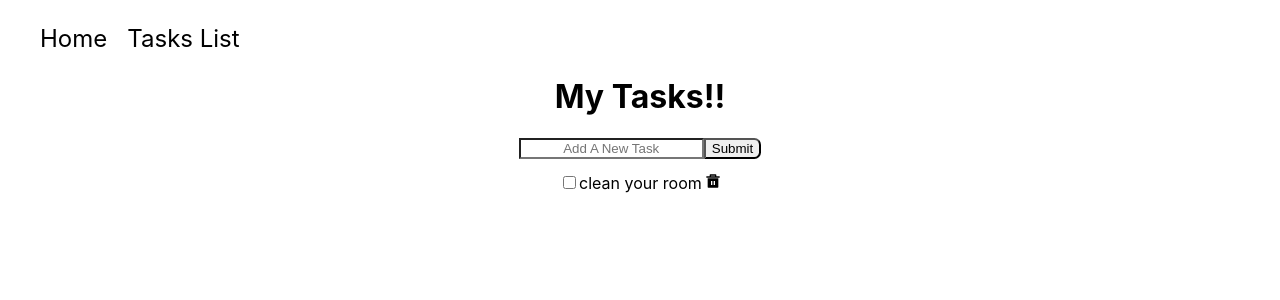
Repository: runner855/abstract_todolist
Page: /
An editor plug-in stored every save of this project. The page is shown before and after the next save, followed by the edit.
The browser window is 1280 px wide. The pictures show the whole page.
The project was rebuilt for these pictures with package versions that can differ from the ones it lists, and the page was loaded fresh each time.

Above is the page before, as saved 2022-11-09 16:31:23.

### src/App.tsx
import React, { useState } from "react";
import { Header } from "./Header";
import { RiDeleteBin5Fill } from "react-icons/ri";
import "./App.css";

export const App = () => {
  const todos = [
    {
      id: 0,
      done: false,
      task: "clean your room",
    },
  ];

  type TodosProps = {
    id: number;
    done: boolean;
    task: string;
  };

  const [value, setValue] = useState<string>("");
  // const [list, setList] = useState<string[]>([]);
  const [tasks, setTasks] = useState<TodosProps[]>(todos);

  console.log(tasks);

  const removeTask = tasks.filter((id) => id);

  return (
    <div className="App">
      <Header />
      <h1>My Tasks!!</h1>
      <div className="textbox">
        <input
          type="text"
          placeholder="Add A New Task"
          onChange={(e) => setValue(e.target.value)}
          value={value}
        ></input>

        {
          <button
            className="addtask"
            onClick={() => {
              setTasks([
                ...tasks,
                { id: tasks.length + 1, task: value, done: false },
              ]);
              setValue("");
            }}
          >
            Submit
          </button>
        }

        <div className="todo-container">
          {tasks.map((item, index) => {
            return (
              <div className={`single-task `} key={`${item.task}-${index}`}>
                <input
                  type="checkbox"
                  checked={item.done}
                  onChange={() => setTasks([{ ...item, done: !item.done }])}
                />
                {item.task}

                <a className="delete">
                  <RiDeleteBin5Fill onClick={() => removeTask} />
                </a>
              </div>
            );
          })}
        </div>
      </div>
    </div>
  );
};

### src/Header.tsx
import * as React from "react";
import "./Header.css";

export const Header = () => {
  return (
    <div className="home">
      <ul>
        <li>Home</li>
        <li>Tasks List</li>
      </ul>
    </div>
  );
};

### src/App.css
h1{
  text-align: center;
}

input {
  text-align: center;
  border-radius: 0em;
  margin-bottom: 1em;
}

.textbox{
  text-align: center;
}

.addtask {
  border-radius: 0em 0.5em 0.5em 0em;
}

a{
  cursor: pointer;
}

a:hover{
  border-radius: solid 0.1em blue;

}

svg{

  font-size: 1em;
  margin-left: 0.2em;
}

### src/Header.css
ul{
   text-align: left;
   list-style: none;
   font-size: 1.5em;
   display: flex;

}
ul li {
    margin-right: 20px;
}

Loaded but not shown: public/index.html (common file); src/index.tsx (common file); src/index.css (common file)

After the next save:
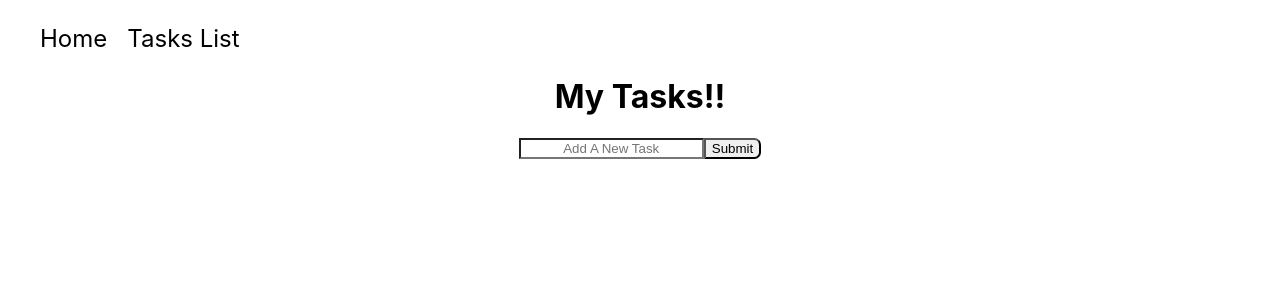
Saved 51 s later.
--- a/src/App.tsx
+++ b/src/App.tsx
@@ -20,7 +20,7 @@
 
   const [value, setValue] = useState<string>("");
   // const [list, setList] = useState<string[]>([]);
-  const [tasks, setTasks] = useState<TodosProps[]>(todos);
+  const [tasks, setTasks] = useState<TodosProps[]>([]);
 
   console.log(tasks);
 

After the 2 saves that followed:
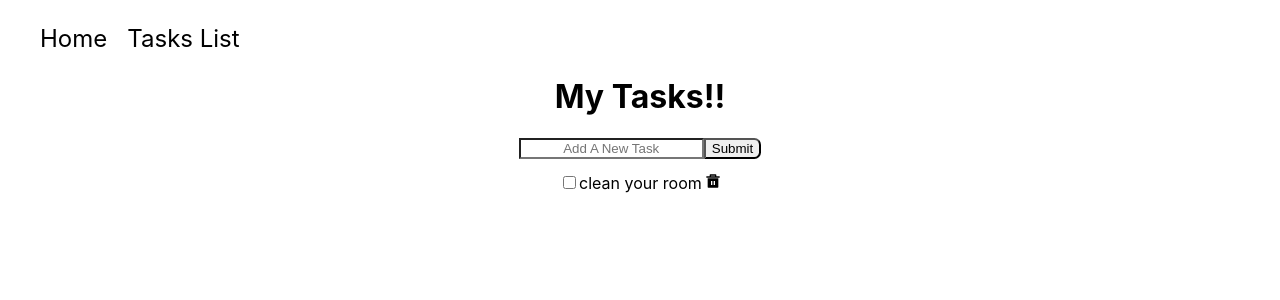
The 2 saves are shown as one change because 1 left the picture as it was.
The last was saved 113 s later.
--- a/src/App.tsx
+++ b/src/App.tsx
@@ -6,7 +6,7 @@
 export const App = () => {
   const todos = [
     {
-      id: 0,
+      id: 1,
       done: false,
       task: "clean your room",
     },
@@ -20,7 +20,7 @@
 
   const [value, setValue] = useState<string>("");
   // const [list, setList] = useState<string[]>([]);
-  const [tasks, setTasks] = useState<TodosProps[]>([]);
+  const [tasks, setTasks] = useState<TodosProps[]>(todos);
 
   console.log(tasks);
 
@@ -44,7 +44,7 @@
             onClick={() => {
               setTasks([
                 ...tasks,
-                { id: tasks.length + 1, task: value, done: false },
+                { id: tasks.length, task: value, done: false },
               ]);
               setValue("");
             }}
